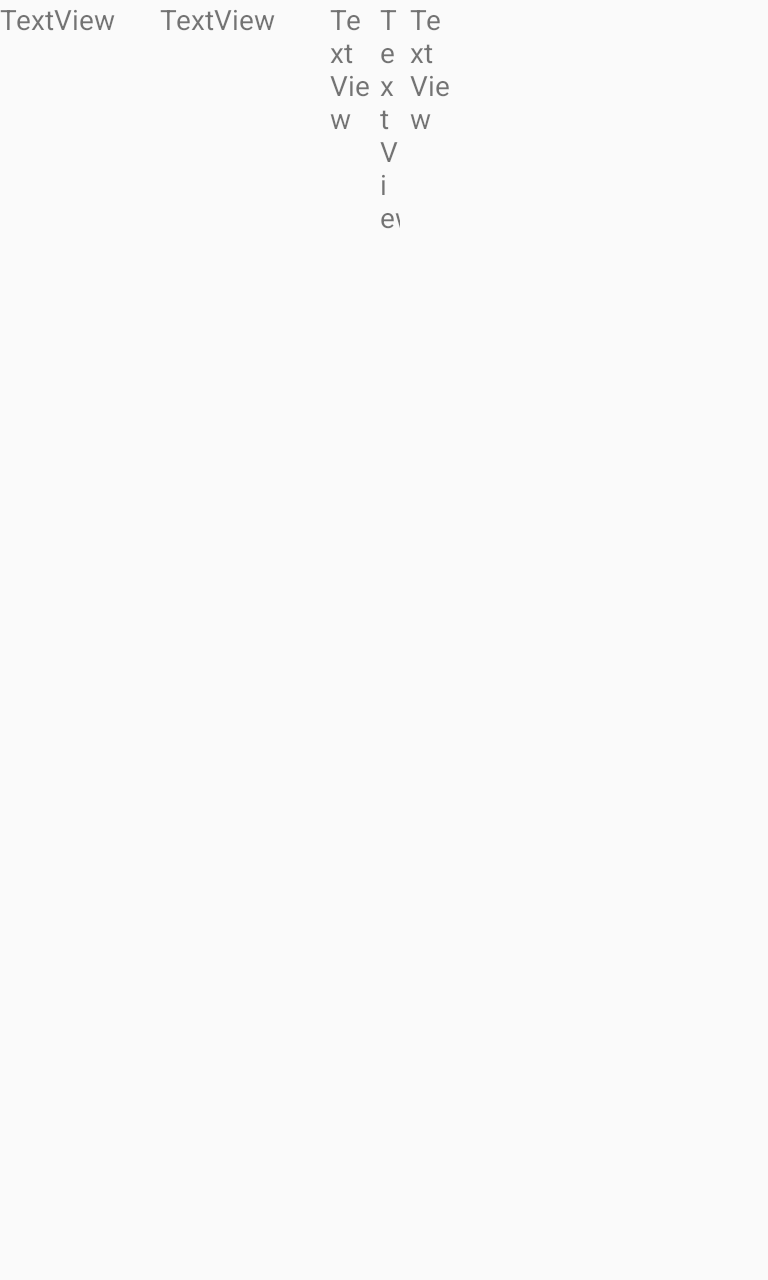
Repository: bhazenstab16/addressbookBMH
Layout: AddressBook/res/layout/item_layout.xml
The author's editor kept a copy of each file at every save. The layout is drawn from the files as they stood at one save, then again after the next save.
It is drawn on a 768 x 1280 px phone screen (xhdpi) without system bars, with theme AppTheme; the app's code is not run.

Above is the layout before, as saved 2019-10-21 16:28:36.

### AddressBook/res/layout/item_layout.xml
<?xml version="1.0" encoding="utf-8"?>
<LinearLayout xmlns:android="http://schemas.android.com/apk/res/android"
    android:id="@+id/LinearLayout1"
    android:layout_width="match_parent"
    android:layout_height="match_parent"
    android:orientation="horizontal" >

    <TextView
        android:id="@+id/textViewName"
        android:layout_width="80dp"
        android:layout_height="wrap_content"
        android:ems="10"
        android:text="TextView" />

    <TextView
        android:id="@+id/textViewStreetAddress"
        android:layout_width="80dp"
        android:layout_height="wrap_content"
        android:layout_marginRight="5dp"
        android:ems="10"
        android:text="TextView" />

    <TextView
        android:id="@+id/textViewCity"
        android:layout_width="20dp"
        android:layout_height="wrap_content"
        android:layout_marginRight="5dp"
        android:ems="10"
        android:text="TextView" />

    <TextView
        android:id="@+id/textViewState"
        android:layout_width="10dp"
        android:layout_height="wrap_content"
        android:layout_marginRight="5dp"
        android:ems="10"
        android:text="TextView" />

    <TextView
        android:id="@+id/textViewZip"
        android:layout_width="20dp"
        android:layout_height="wrap_content"
        android:ems="10"
        android:text="TextView" />

</LinearLayout>

Loaded but not shown: AddressBook/res/values/styles.xml (common file); AddressBook/res/values-v11/styles.xml (common file); AddressBook/res/values-v14/styles.xml (common file)

After the next save:
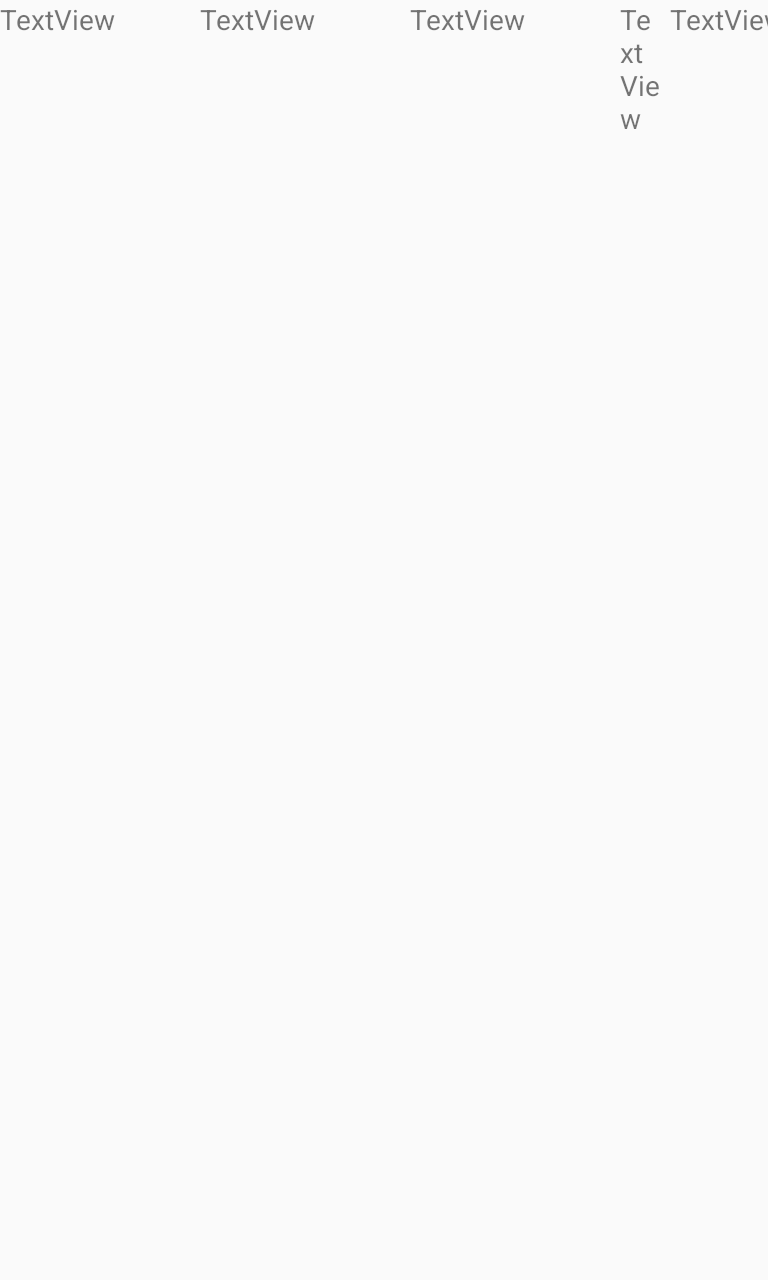
Saved 110 s later.
--- a/AddressBook/res/layout/item_layout.xml
+++ b/AddressBook/res/layout/item_layout.xml
@@ -7,14 +7,14 @@
 
     <TextView
         android:id="@+id/textViewName"
-        android:layout_width="80dp"
+        android:layout_width="100dp"
         android:layout_height="wrap_content"
         android:ems="10"
         android:text="TextView" />
 
     <TextView
         android:id="@+id/textViewStreetAddress"
-        android:layout_width="80dp"
+        android:layout_width="100dp"
         android:layout_height="wrap_content"
         android:layout_marginRight="5dp"
         android:ems="10"
@@ -22,6 +22,14 @@
 
     <TextView
         android:id="@+id/textViewCity"
+        android:layout_width="100dp"
+        android:layout_height="wrap_content"
+        android:layout_marginRight="5dp"
+        android:ems="10"
+        android:text="TextView" />
+
+    <TextView
+        android:id="@+id/textViewState"
         android:layout_width="20dp"
         android:layout_height="wrap_content"
         android:layout_marginRight="5dp"
@@ -29,16 +37,8 @@
         android:text="TextView" />
 
     <TextView
-        android:id="@+id/textViewState"
-        android:layout_width="10dp"
-        android:layout_height="wrap_content"
-        android:layout_marginRight="5dp"
-        android:ems="10"
-        android:text="TextView" />
-
-    <TextView
         android:id="@+id/textViewZip"
-        android:layout_width="20dp"
+        android:layout_width="60dp"
         android:layout_height="wrap_content"
         android:ems="10"
         android:text="TextView" />
